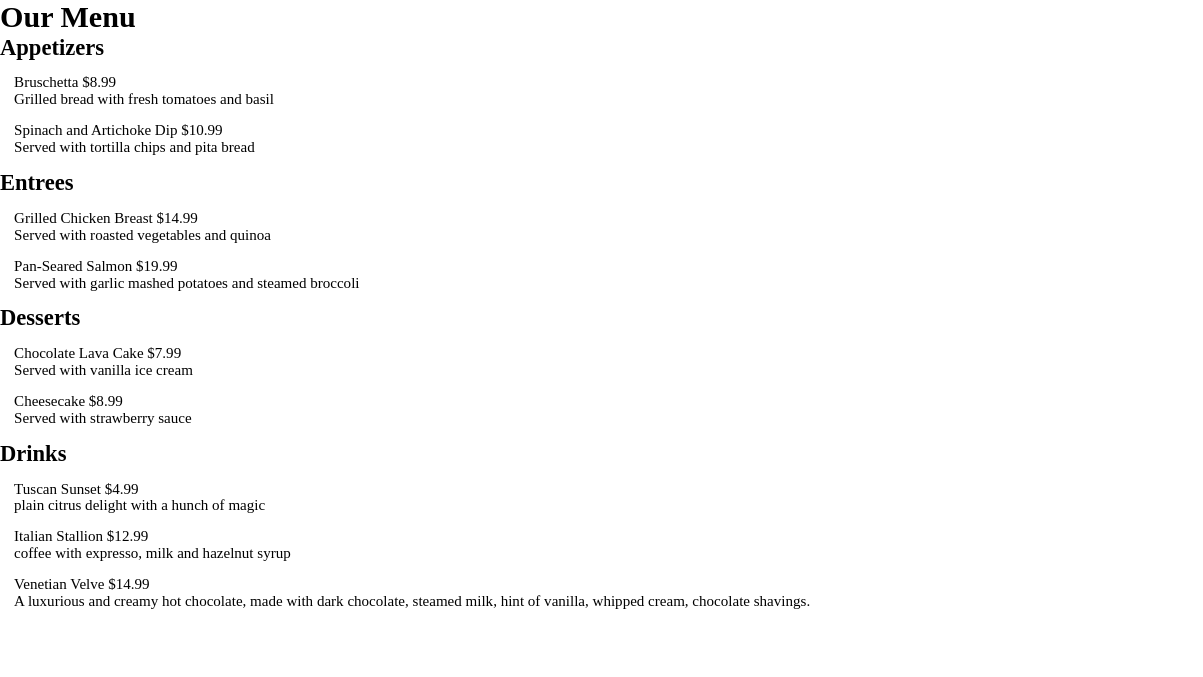
Repository: S12ahana/Food-Ordering-Website
Page: project1/Menu.html
An editor plug-in stored every save of this project. The page is shown before and after the next save, followed by the edit.
The browser window is 1280 px wide. The pictures show the whole page, at 94% of full size.

Above is the page before, as saved 2025-07-30 16:33:33.

After the next save:
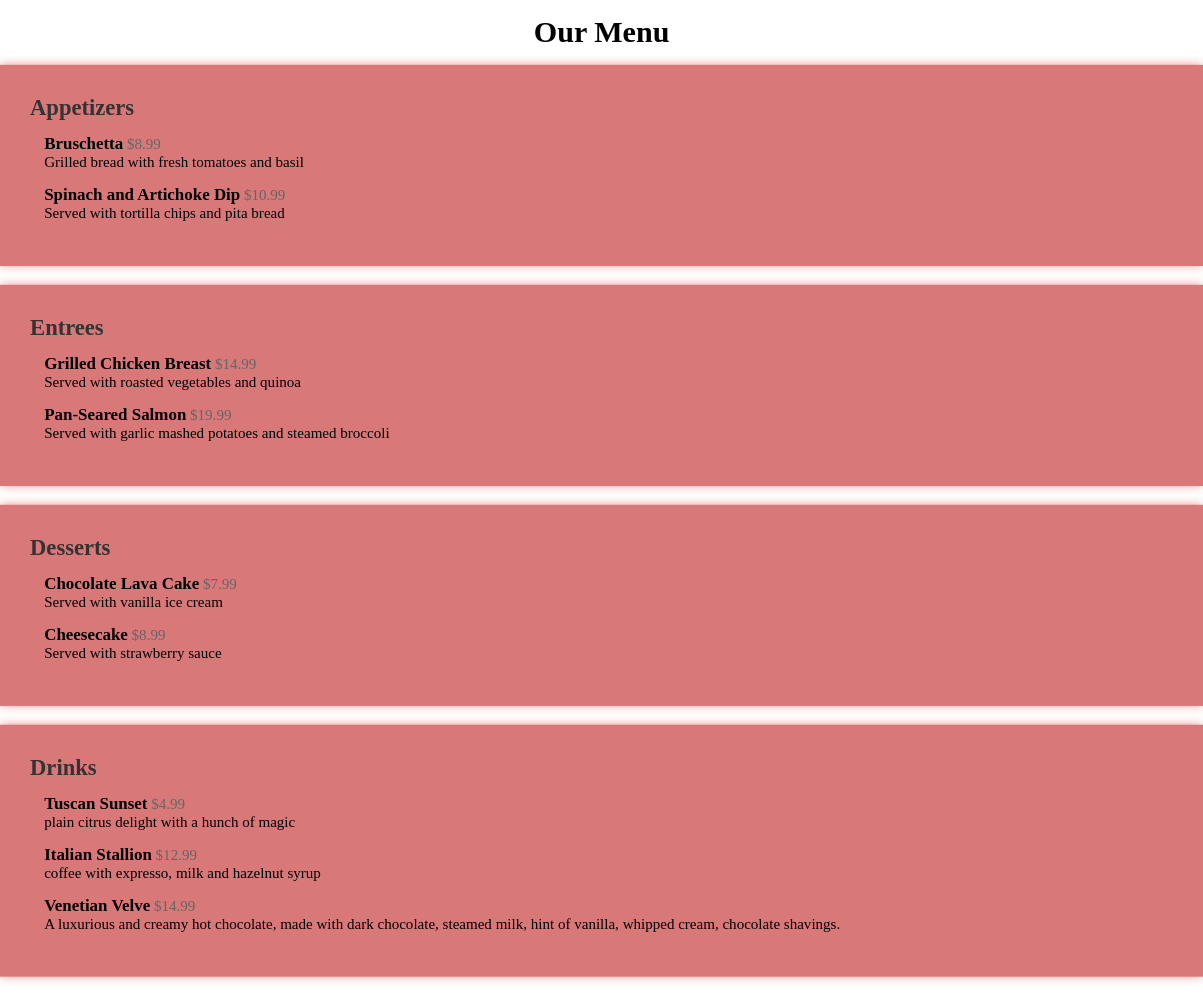
Saved 13 s later.
--- a/project1/style.css
+++ b/project1/style.css
@@ -322,3 +322,46 @@ footer {
         height: 44vh
     }
 }
+
+
+<style>
+    body {
+	font-family: Arial, sans-serif;
+	margin: 0;
+	padding: 0;
+    background-color: rgb(248,182,196);
+}
+header {
+	background-color: "charcoal";
+	color: "lavender";
+	padding: 1em;
+	text-align: center;
+    font-family:cursive;
+}
+.menu-section {
+	background-color: #d87878;
+	padding: 2em;
+	margin-bottom: 20px;
+	box-shadow: 0 0 10px rgba(232, 127,127,0.907);
+}
+h2 {
+	color: #333;
+	margin-top: 0;
+}
+ul {
+	list-style: none;
+	margin: 0;
+	padding: 0;
+}
+li {
+	margin-bottom: 20px;
+}
+.dish-name {
+	font-weight: bold;
+	font-size: 18px;
+}
+.price {
+	font-size: 16px;
+	color: #666;
+}
+</style>
